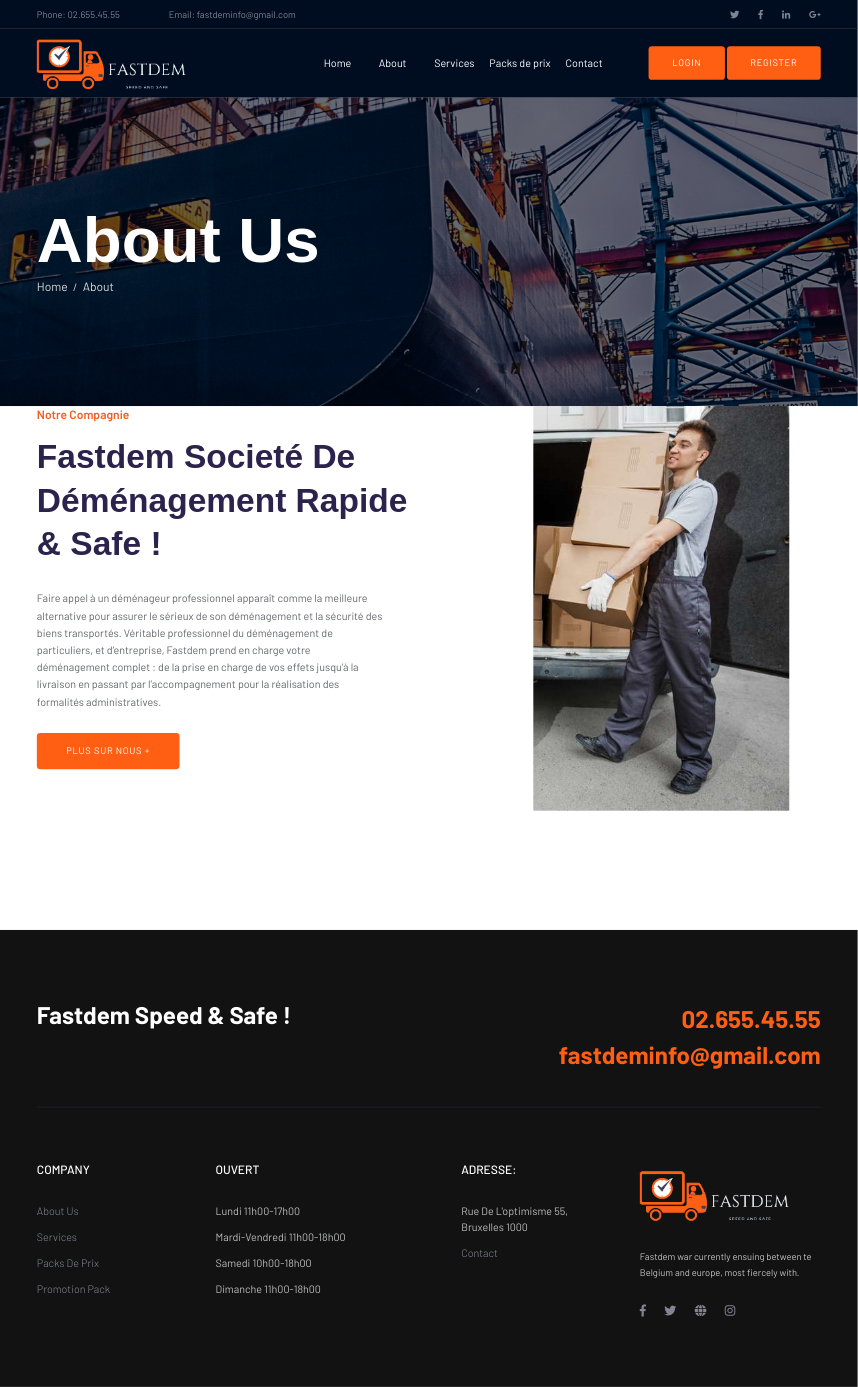
Repository: adamprefo/fastdemTFE
Page: http://localhost/about
These files come from the project's save history. The page is drawn as it stood at one moment and after the next save; the edit follows.
The browser window is 1280 px wide. The pictures show the whole page, at 67% of full size.
Some web fonts or font styles are not loaded; a fallback is used. The page is served by the project's Laravel application, run on PHP 8.4 with Laravel 8.

Above is the page before, as saved 2021-10-05 14:14:46.

After the next save:
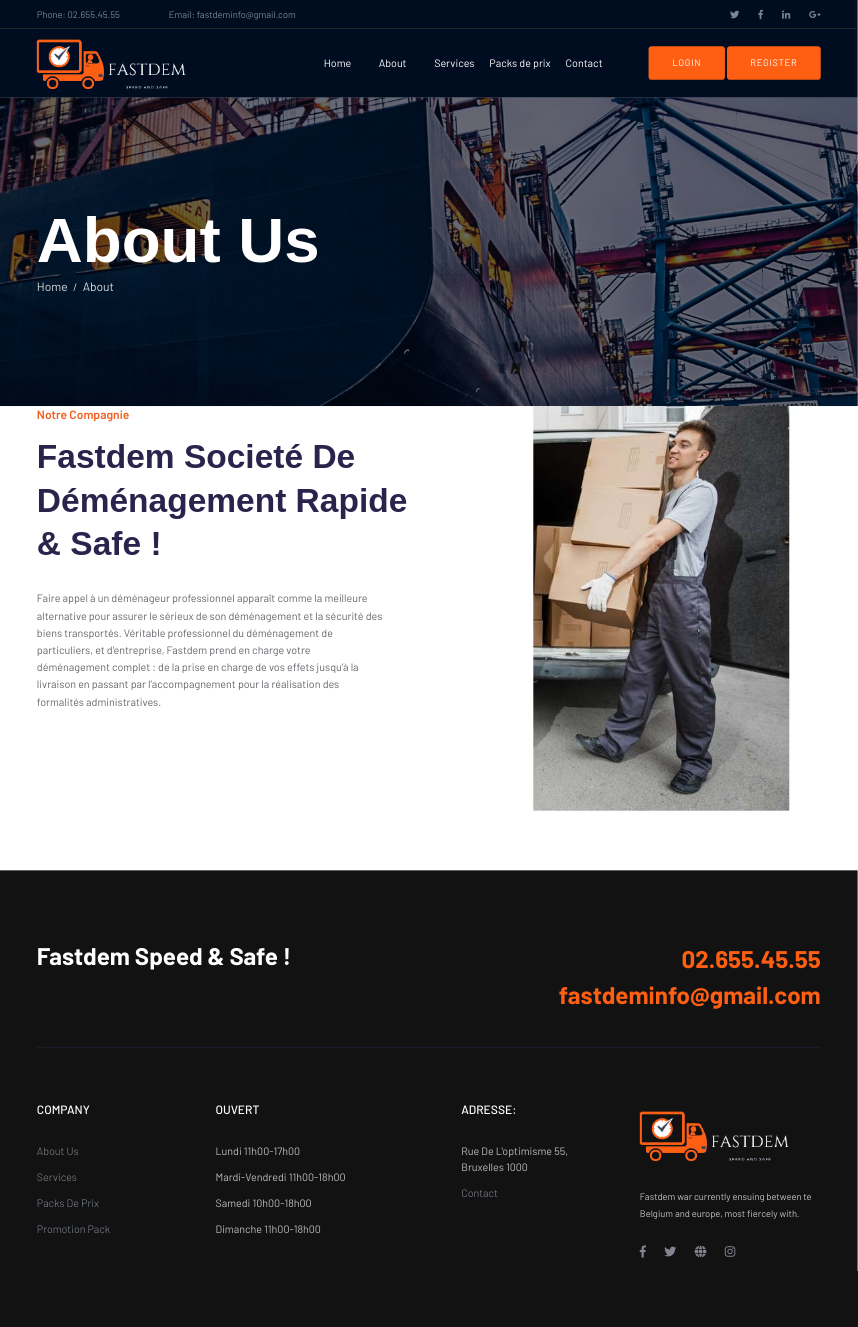
Saved 17 s later.
--- a/resources/views/about.blade.php
+++ b/resources/views/about.blade.php
@@ -264,7 +264,7 @@
                             <p>Faire appel à un déménageur professionnel apparaît comme la meilleure alternative pour assurer le sérieux de son déménagement et la sécurité des biens transportés.
                             Véritable professionnel du déménagement de particuliers, et d’entreprise, Fastdem prend en charge votre déménagement complet : de la prise en charge de vos effets jusqu’à la livraison en passant par l’accompagnement pour la réalisation des formalités administratives.
                             </p>
-                            <a href="{{ route('about') }}" class="btn">Plus sur nous +</a>
+
                         </div>
                     </div>
                     <div class="col-lg-6 col-md-12">
